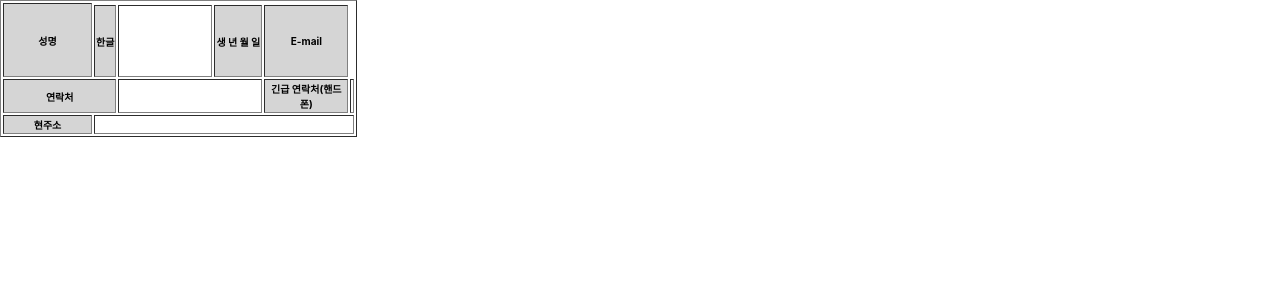
Repository: jiyeonyun/Resume
Page: / (app in resumes/)
These files come from the project's save history. The page is drawn as it stood at one moment and after the next save; the edit follows.
The browser window is 1280 px wide. The pictures show the whole page.
The project was rebuilt for these pictures with package versions that can differ from the ones it lists, and the page was loaded fresh each time. Also part of the build but not shown: resumes/src/data/edudata.js, resumes/src/components/educationalHIstory/educational.jsx, resumes/src/components/footer/footer.jsx.

Above is the page before, as saved 2022-05-25 15:27:49.

### resumes/src/App.jsx
import { useState } from "react";
import styles from "./App.module.css";
import Educational from "./components/educationalHIstory/educational";
import Footer from "./components/footer/footer";
import PersonalInfo from "./components/personalInfo/personalInfo";
function App() {
  const [personalInfoData, setPersonalInfoData] = useState({
    name: "홍길동",
    birth: "1998-03-18",
    adress: "서울특별시 영등포구",
    email: "jyyun@zentropy.com",
    number: "010-2055-7663",
  });
  return (
    <div className="App">
      <PersonalInfo />
    </div>
  );
}

export default App;

### resumes/src/App.module.css
* {
  font-size: 10px;
}

### resumes/src/components/personalInfo/personalInfo.jsx
import React from "react";

const PersonalInfo = ({ personalInfoData }) => {
  return (
    <table border="1">
      <tr>
        <th rowSpan="2" width="85" height="70" bgcolor="D5D5D5">
          성명
        </th>
      </tr>
      <tr>
        <th bgcolor="D5D5D5">한글</th>
        <td width="90"></td>
        <th bgcolor="D5D5D5">생 년 월 일</th>
        <th colSpan="2" width="80" bgcolor="D5D5D5">
          E-mail
        </th>
      </tr>
      <tr>
        <th colSpan="2" width="50" bgcolor="D5D5D5">
          연락처
        </th>
        <td colSpan="2"></td>
        <th colSpan="2" width="50" bgcolor="D5D5D5">
          긴급 연락처(핸드폰)
        </th>
        <td colSpan="2"></td>
      </tr>
      <tr>
        <th bgcolor="D5D5D5">현주소</th>
        <td colSpan="8"></td>
      </tr>
    </table>
  );
};

export default PersonalInfo;

Loaded but not shown: resumes/public/index.html (common file); resumes/src/index.js (common file); resumes/src/index.css (common file); resumes/src/reportWebVitals.js (common file)

After the next save:
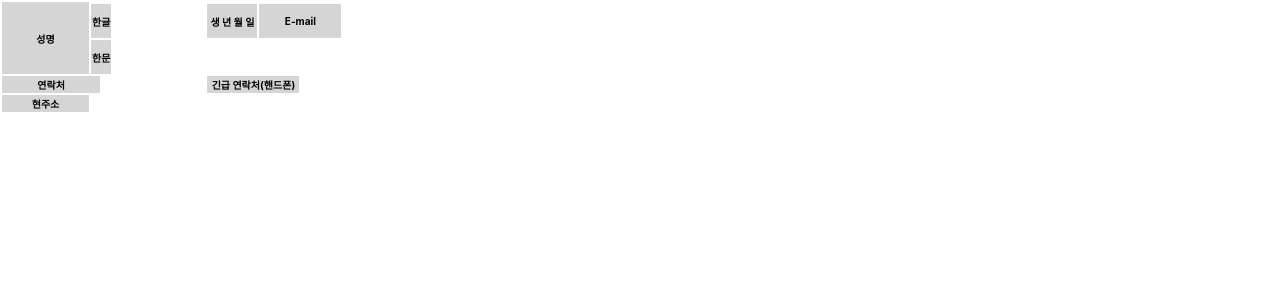
Saved 12 s later.
--- a/resumes/src/components/personalInfo/personalInfo.jsx
+++ b/resumes/src/components/personalInfo/personalInfo.jsx
@@ -2,19 +2,30 @@ import React from "react";
 
 const PersonalInfo = ({ personalInfoData }) => {
   return (
-    <table border="1">
+    <table>
       <tr>
-        <th rowSpan="2" width="85" height="70" bgcolor="D5D5D5">
+        <th rowSpan="3" width="85" height="70" bgcolor="D5D5D5">
           성명
         </th>
       </tr>
       <tr>
-        <th bgcolor="D5D5D5">한글</th>
+        <th colSpan="2" bgcolor="D5D5D5">
+          한글
+        </th>
         <td width="90"></td>
         <th bgcolor="D5D5D5">생 년 월 일</th>
         <th colSpan="2" width="80" bgcolor="D5D5D5">
           E-mail
         </th>
+      </tr>
+
+      <tr>
+        <th colSpan="2" bgcolor="D5D5D5">
+          한문
+        </th>
+        <td></td>
+        <td></td>
+        <td colSpan="2"></td>
       </tr>
       <tr>
         <th colSpan="2" width="50" bgcolor="D5D5D5">
